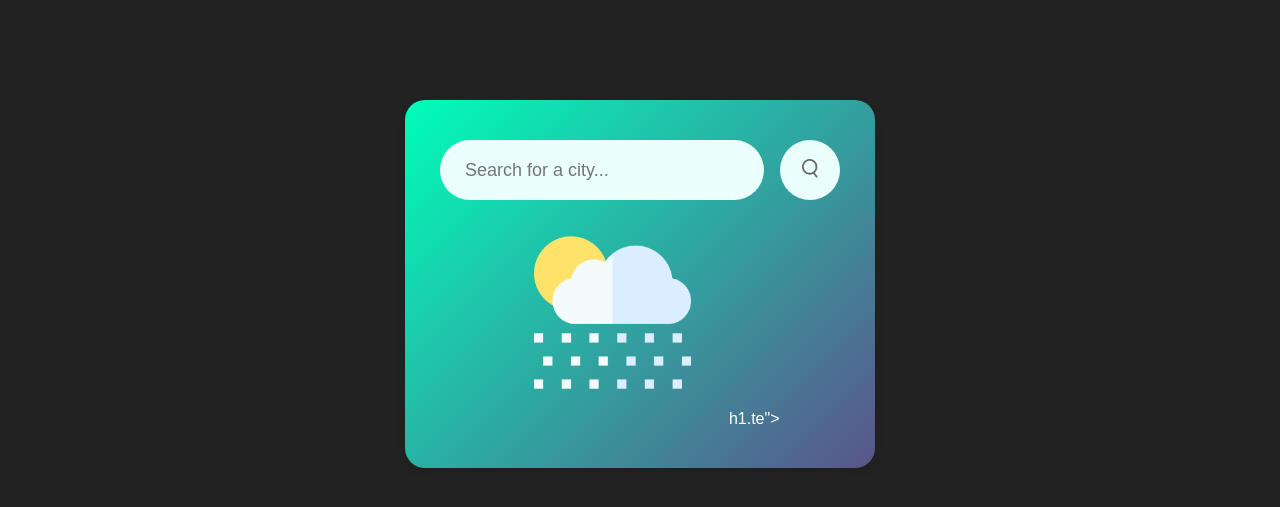
Repository: Abdelilah-Lakrim/Weather-App
Page: index.html
These files come from the project's save history. The page is drawn as it stood at one moment and after a run of saves; the edit follows.
The browser window is 1280 px wide. The pictures show the whole page.

Above is the page before, as saved 2025-06-17 11:11:06.

### index.html
<!DOCTYPE html>
<html>
<head>
    <meta charset="UTF-8" />
    <title>Weather App</title>
    <link rel="stylesheet" href="style.css" >
</head>
<body>

    <div class="card">
        <div class="search">
            <input type="text" placeholder="Search for a city..." spellcheck="false" />
            <button><img src="images/search.png"></button>
        </div>
        <div class="weather">
            <img src="images/rain.png" class="weather-icon">
            h1.te">
        </div>
    </div>

</body>
</html>

### style.css
*{
    margin: 0;
    padding: 0;
    font-family: 'Poppins', sans-serif;
    box-sizing: border-box;
}
body{
    background-color: #222;
    color: #333;
}
.card{
    width: 90%;
    max-width: 470px;
    background: linear-gradient(135deg, #00feba, #5b548a);
    color: #fff;
    margin: 100px auto  0;
    padding: 40px 35px;
    border-radius: 20px;
    box-shadow: 0 4px 8px rgba(0, 0, 0, 0.1);
    overflow: hidden;
    position: relative;
    text-align: center;
}
.search{
    width: 100%;
    display: flex;
    align-items: center;
    justify-content: space-between;
}

.search input{
    border: 0;
    outline: 0;
    background: #ebfffc;
    color: #333;
    padding: 10px 25px;
    height: 60px;
    border-radius: 30px;
    flex: 1;
    margin-right: 16px;
    font-size: 18px;
}

.search button{
    border: 0;
    outline: 0;
    background: #ebfffc;
    height: 60px;
    width: 60px;
    border-radius: 50px;
    cursor: pointer;
}
.search button img{
    width: 16px;
}

After the next 3 saves:
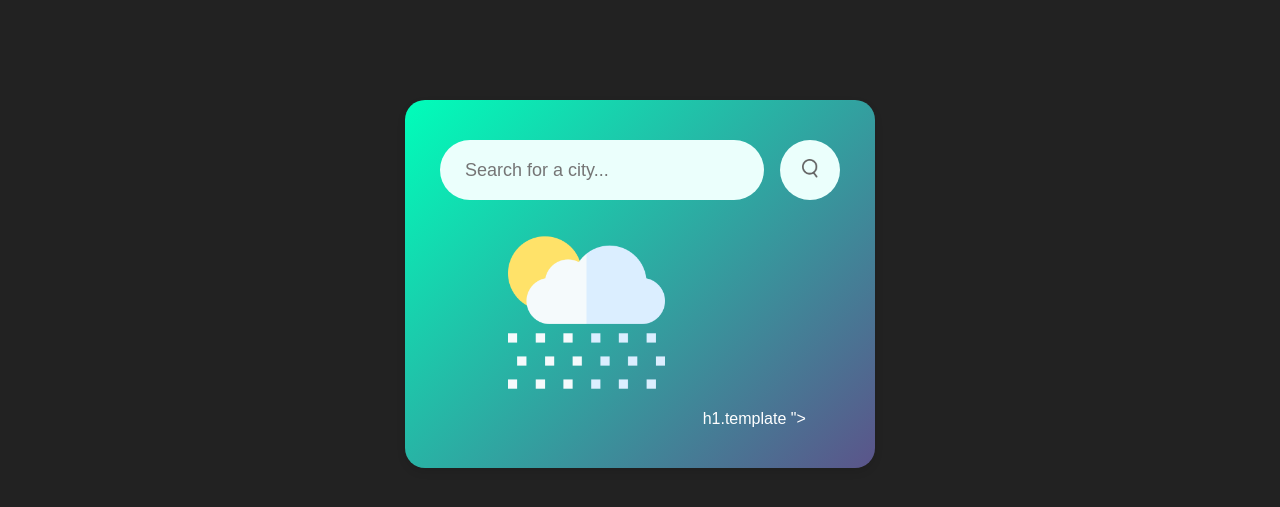
The 3 saves are shown as one change because they came seconds apart.
The last was saved 9 s later.
--- a/index.html
+++ b/index.html
@@ -14,7 +14,8 @@
         </div>
         <div class="weather">
             <img src="images/rain.png" class="weather-icon">
-            h1.te">
+            h1.template
+            ">
         </div>
     </div>
 
